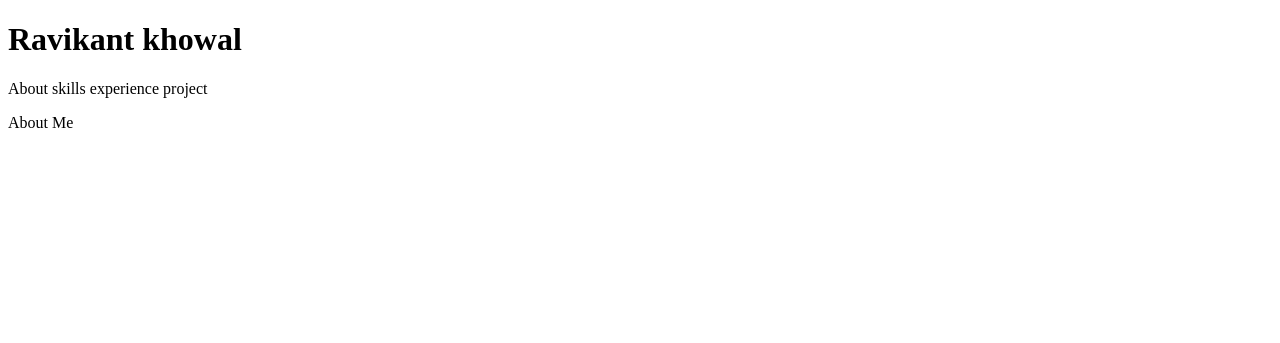
Repository: nir-github01/Html
Page: assign1.html
An editor plug-in stored every save of this project. The page is shown before and after the next save, followed by the edit.
The browser window is 1280 px wide. The pictures show the whole page.

Above is the page before, as saved 2022-09-19 19:34:47.

After the next save:
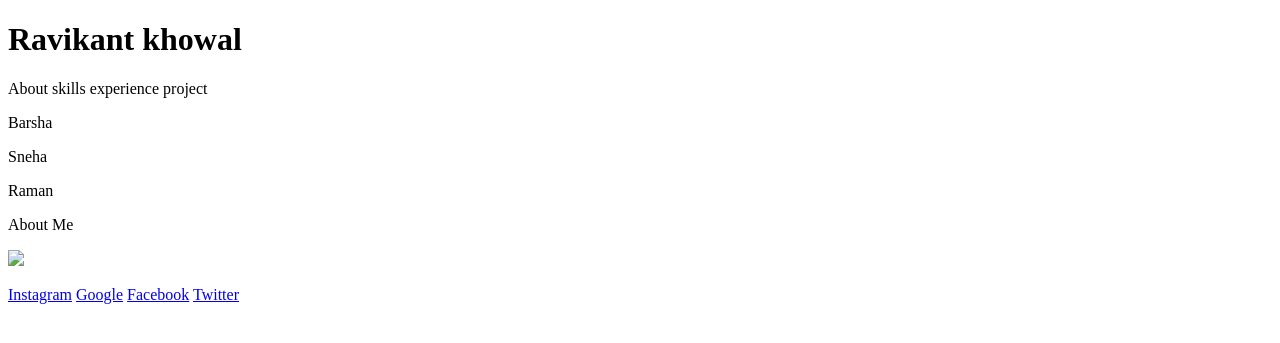
Saved 11 min 37 s later.
--- a/assign1.html
+++ b/assign1.html
@@ -16,8 +16,37 @@
     </head>
     <nav>
         <div class="nav">
+         <p>Barsha</p>
+         <p>Sneha</p>
+         <p>Raman</p>
+        </div>
+        <div class="navhead">
             <p>About Me</p>
         </div>
     </nav>
+    <main>
+        <img src="#" class="image">
+        <div class="body-text">
+            <p></p>
+
+        </div>
+        <div class="skills">
+            <p class="skill-para"></p>
+        </div>
+        <div class="qualif">
+            <p class="qualif-para"></p>
+        </div>
+        <div class="projects">
+            <p class="project-para"></p>
+        </div>
+    </main>
+    <footer>
+        <div class="footer">
+           <a href="#">Instagram</a>
+           <a href="#">Google</a>
+           <a href="#">Facebook</a>
+           <a href="#">Twitter</a>
+        </div>
+    </footer>
 </body>
 </html>
